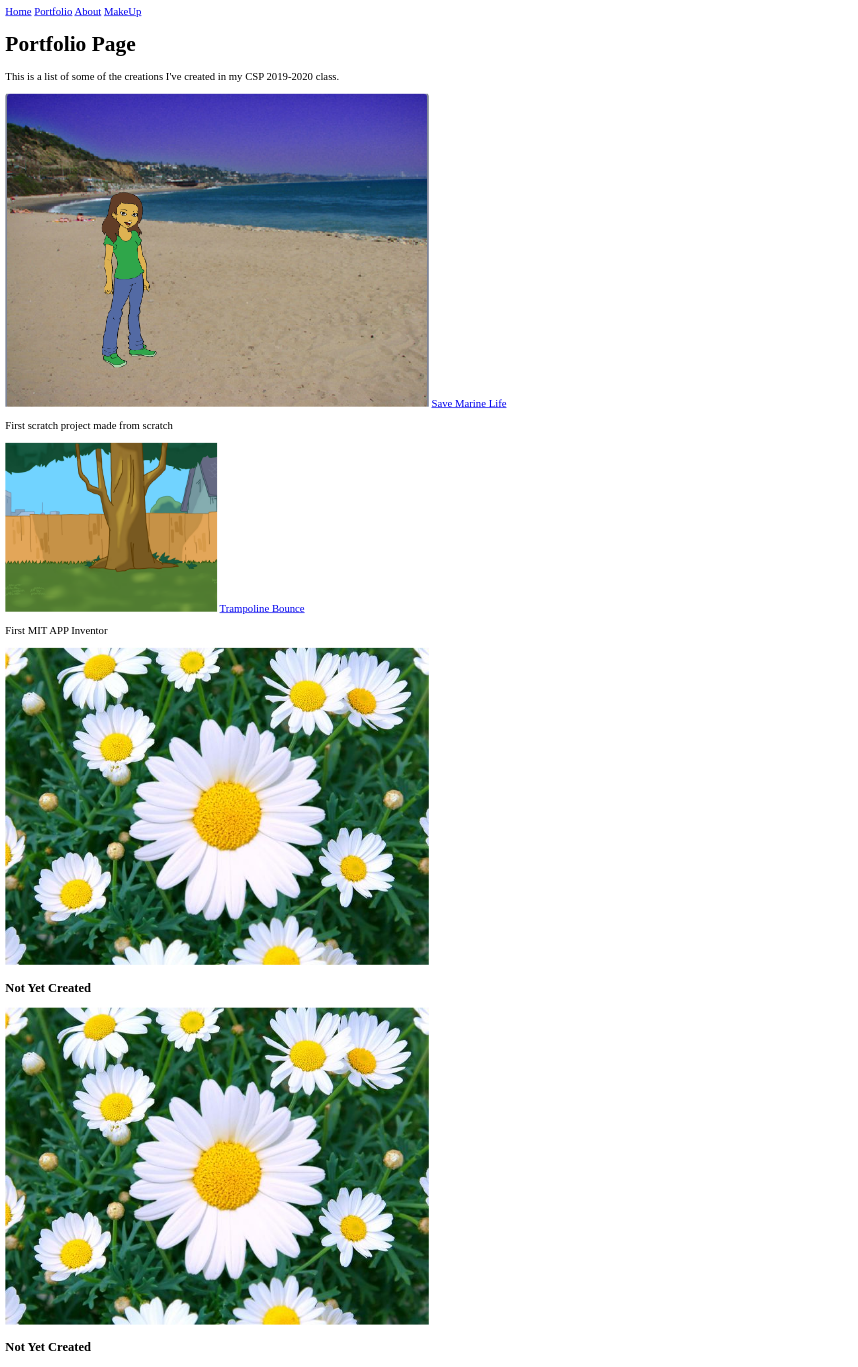
Repository: EMcmurray1862/emcmurray1862.github.io
Page: my_website/portfolio.html
The author's editor kept a record of every edit. The page is drawn from the files as they stood at one moment, then again after the next edit.
The browser window is 1280 px wide. The pictures show the whole page, at 67% of full size.

Above is the page before.

### my_website/portfolio.html
<!doctype html>
	<html lang="en">
	  <head>
	    <meta charset="utf-8">
	    <title>Portfolio</title>
	  </head>
	  <body>
    <a href="index.html">Home</a>
    <a href="portfolio.html">Portfolio</a>
    <a href="about.html">About</a>
    <a href="makeup.html">MakeUp</a>
  <h1>Portfolio Page</h1>
  <p>This is a list of some of the creations I've created in my CSP 2019-2020 class.</p>

<!-- Portfolio Gallery Grid -->
<div class="row">
  <div class="column">
    <div class="content">
    <img src="images/scratch.PNG" style="width:50%" "length:50%">
      <a href="https://scratch.mit.edu/projects/326744008/">Save Marine Life</a>
      <p>First scratch project made from scratch </p>
    </div>
  </div>
  <div class="column">
    <div class="content">
    <img src="images/backyard.png" style="width:25%" "length:50%">
      <a href="http://ai2.appinventor.mit.edu/?galleryId=4793477667356672">Trampoline Bounce</a>
      <p>First MIT APP Inventor </p>
    </div>
  </div>
  <div class="column">
    <div class="content">
    <img src="images/daisy.jpg" style="width:50%" "length:50%">
    <h3>Not Yet Created </h3>
    </div>
  </div>
  <div class="column">
    <div class="content">
    <img src="images/daisy.jpg" style="width:50%" "length:50%">
      <h3>Not Yet Created </h3>
     </div>
  </div>
  </div>
	  </body>
	</html>

After the next edit:
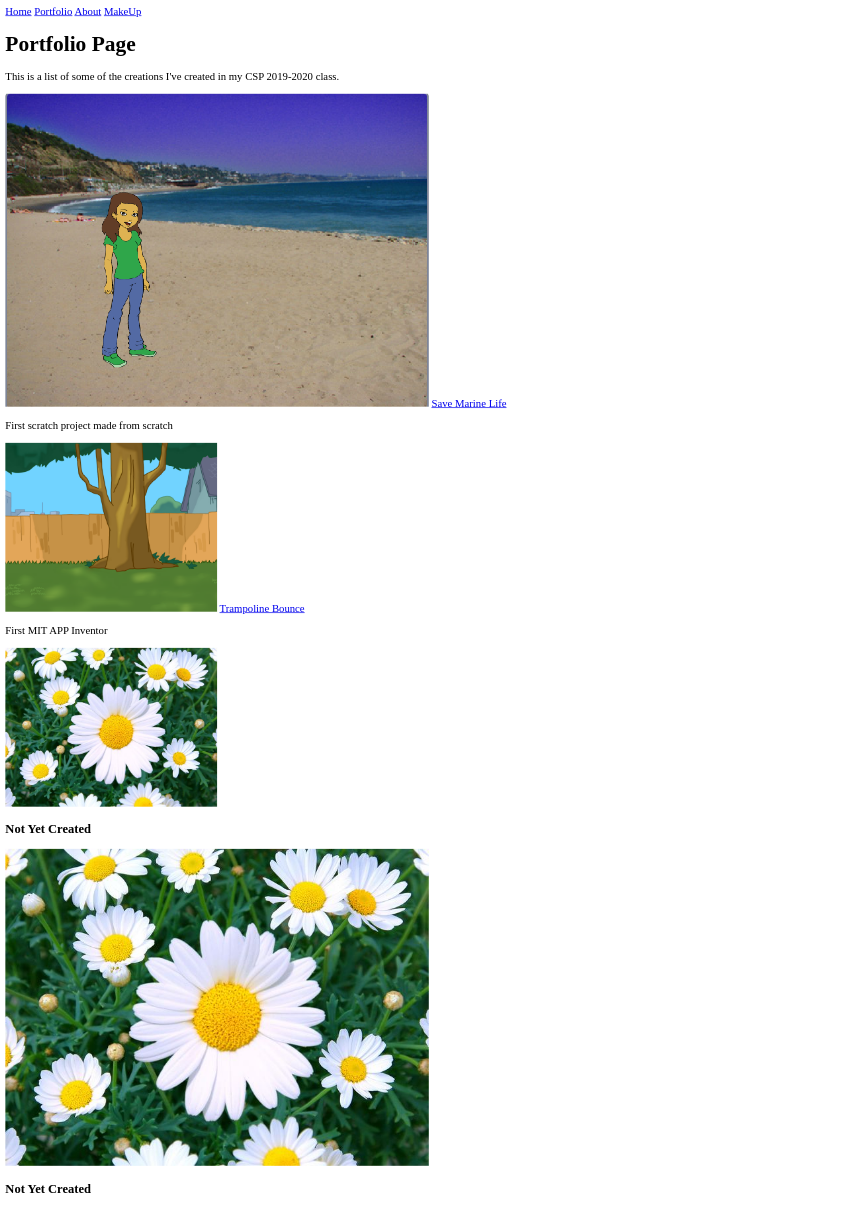
The edit:
--- a/my_website/portfolio.html
+++ b/my_website/portfolio.html
@@ -30,7 +30,7 @@
   </div>
   <div class="column">
     <div class="content">
-    <img src="images/daisy.jpg" style="width:50%" "length:50%">
+    <img src="images/daisy.jpg" style="width:25%" "length:50%">
     <h3>Not Yet Created </h3>
     </div>
   </div>
